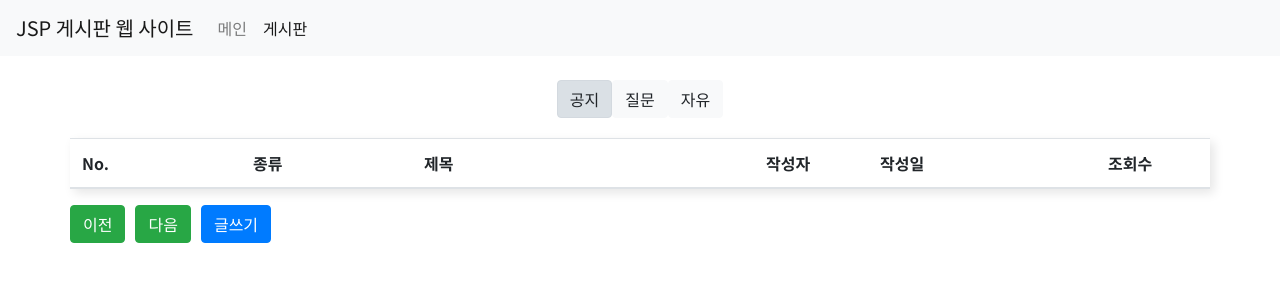
Repository: hz6450/2024-summer-jsp-notice-project
Page: http://localhost/BBS/BBS.jsp?pageNumber=0
The author's editor kept a copy of each file at every save. The page is drawn from the files as they stood at one save, then again after the next save.
The browser window is 1280 px wide. The pictures show the whole page.
Some web fonts or font styles are not loaded; a fallback is used. Some web libraries are served in a nearby version. The page is served by Tomcat 10. Queries for data that is not in the repository find no rows.

Above is the page before, as saved 2024-07-16 04:58:17.

After the next save:
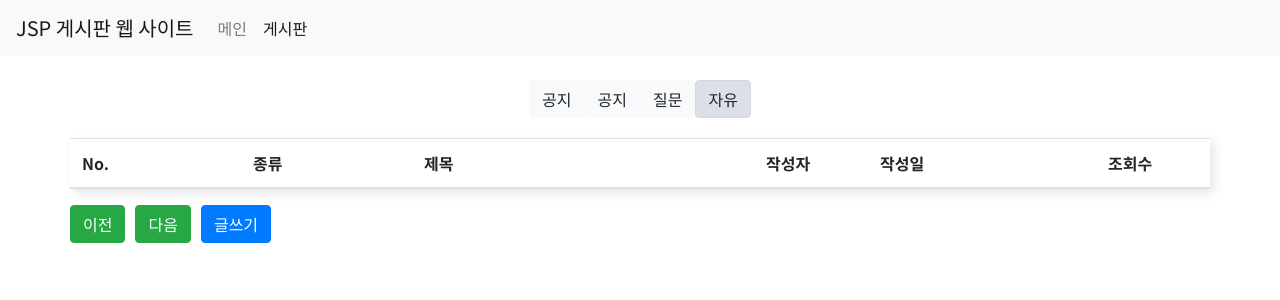
Saved 5 s later.
--- a/projects/BBS/src/main/webapp/BBS.jsp
+++ b/projects/BBS/src/main/webapp/BBS.jsp
@@ -72,9 +72,10 @@
     <div class="container mt-4">
 
         <div class="btn-container">
-            <button type="button" class="btn btn-light active" onclick="location.href='BBS.jsp'">공지</button>
+        <button type="button" class="btn btn-light " onclick="location.href='BBS.jsp'">공지</button>
+            <button type="button" class="btn btn-light " onclick="location.href='BBSQuestion.jsp'">공지</button>
             <button type="button" class="btn btn-light" onclick="location.href='BBS-QUESTION.jsp'">질문</button>
-            <button type="button" class="btn btn-light" onclick="location.href='BBS-FREE.jsp'">자유</button>
+            <button type="button" class="btn btn-light active" onclick="location.href='BBS-FREE.jsp'">자유</button>
         </div>
 
         <div class="row">
